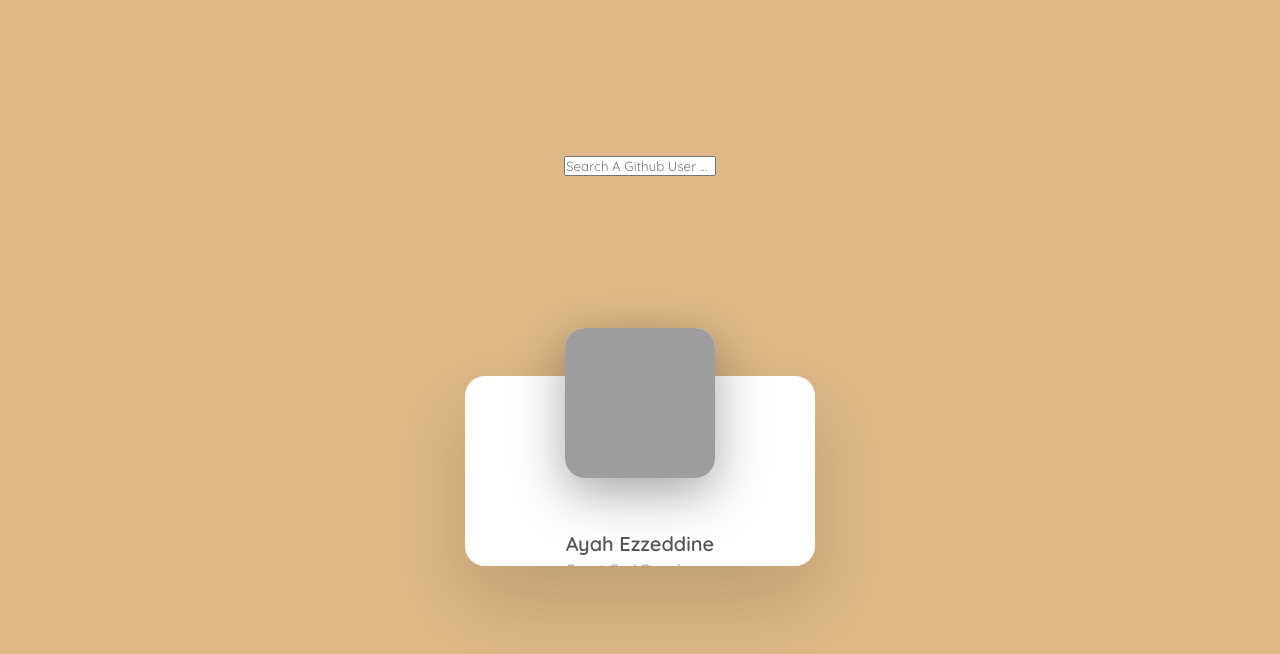
Repository: ayah1996/Github-Profiles
Page: index.html
The author's editor kept a copy of each file at every save. The page is drawn from the files as they stood at one save, then again after the next save.
The browser window is 1280 px wide. The pictures show the whole page.
Pictures or frames that could not be fetched are drawn as grey boxes. The page's requests for data from a server got no answer.

Above is the page before, as saved 2023-01-26 14:35:16.

### index.html
<!DOCTYPE html>
<html lang="en">
  <head>
    <meta charset="UTF-8" />
    <meta http-equiv="X-UA-Compatible" content="IE=edge" />
    <meta name="viewport" content="width=device-width, initial-scale=1.0" />
    <link rel="stylesheet" href="style.css" />
    <script src="script.js" defer></script>
    <title>Github Profile</title>
  </head>
  <body>
    <main id="main">
      <form id="form">
        <input type="text" id="search" placeholder="Search A Github User ..." />
      </form>
      <div class="card">
        <div class="imgBox">
          <img src="unnamed.jpg" alt="profile Image" />
        </div>
        <div class="content">
          <div class="details">
            <h2>Ayah Ezzeddine <br /><span> Front-End Developer </span></h2>
            <div class="data">
              <h3>342<br /><span>Followers</span></h3>
              <h3>342<br /><span>Following</span></h3>
              <h3>100<br /><span>Repos</span></h3>
            </div>
          </div>
        </div>
      </div>
    </main>
  </body>
</html>

### style.css
@import url("https://fonts.googleapis.com/css2?family=Quicksand:wght@400;500;600;700&display=swap");

* {
  margin: 0;
  padding: 0;
  box-sizing: border-box;
  font-family: "Quicksand", sans-serif;
}

body {
  margin: 0;
}

#main {
  display: flex;
  justify-content: center;
  flex-direction: column;
  align-items: center;
  min-height: 100vh;
  background-color: burlywood;
}
#form {
  margin-bottom: 200px;
}

.card {
  position: relative;
  width: 350px;
  height: 190px;
  /* height: 450px; */
  background-color: #fff;
  border-radius: 20px;
  box-shadow: 0 35px 80px rgba(0, 0, 0, 0.15);
  transition: 0.5s;
}

.card:hover {
  height: 450px;
}

.imgBox {
  position: absolute;
  left: 50%;
  top: -25%;
  transform: translateX(-50%);
  width: 150px;
  height: 150px;
  background-color: #fff;
  border-radius: 20px;
  box-shadow: 0 15px 50px rgba(0, 0, 0, 0.35);
  overflow: hidden;
  transition: 0.5s;
}
.card:hover .imgBox {
  width: 250px;
  height: 250px;
}
.imgBox img {
  position: absolute;
  top: 0;
  left: 0;
  width: 100%;
  height: 100%;
  -o-object-fit: cover;
  object-fit: cover;
}

.card .content {
  position: absolute;
  width: 100%;
  height: 100%;
  display: flex;
  justify-content: center;
  align-items: flex-end;
  overflow: hidden;
}

.card .details {
  width: 100%;
  padding: 40px;
  text-align: center;
  transition: 0.5s;
  transform: translateY(135px);
}

.card:hover .details {
  transform: translateY(0px);
}
.card .details h2 {
  font-size: 1.25em;
  font-weight: 600;
  color: #555;
  line-height: 1.2em;
}

.card .details h2 span {
  font-size: 0.75em;
  font-weight: 500;
  opacity: 0.5;
}

.card .details .data {
  display: flex;
  justify-content: space-between;
  margin: 20px 0;
}

.card .details .data h3 {
  font-size: 1em;
  color: #555;
  line-height: 1.2em;
  font-weight: 600;
}
.card .details .data h3 span {
  font-size: 0.85em;
  font-weight: 400;
  opacity: 0.5;
}

### script.js
const APIURL = "https://api.github.com/users/";

const main = document.getElementById("main");
const form = document.getElementById("form");
const search = document.getElementById("search");

getUser("ayah1996");

async function getUser(username) {
  const response = await fetch(APIURL + username);
  const data = await response.json();

  createUserCard(data);
  getRepos(username);
}

async function getRepos(username) {
  const response = await fetch(APIURL + username + "/repos");
  const data = await response.json();

  addReposToCard(data);
}

function createUserCard(user) {
  const cardHTML = ``;
}

After the next save:
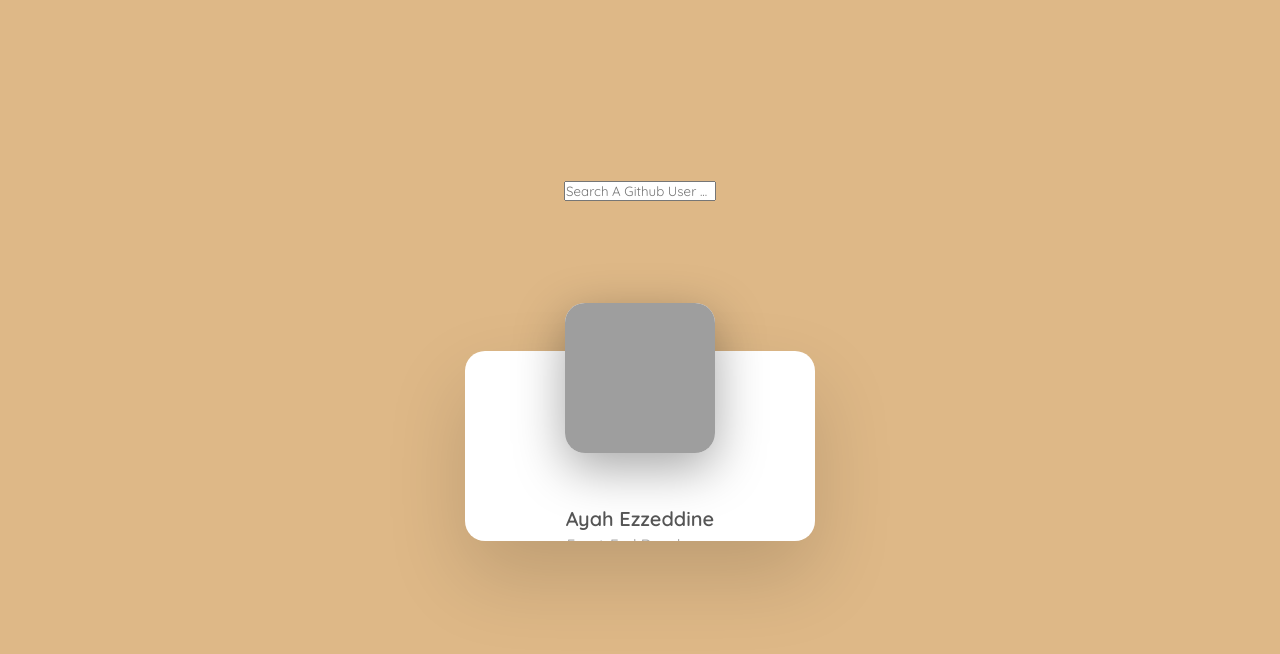
Saved 12 s later.
--- a/style.css
+++ b/style.css
@@ -20,7 +20,7 @@ body {
   background-color: burlywood;
 }
 #form {
-  margin-bottom: 200px;
+  margin-bottom: 150px;
 }
 
 .card {
